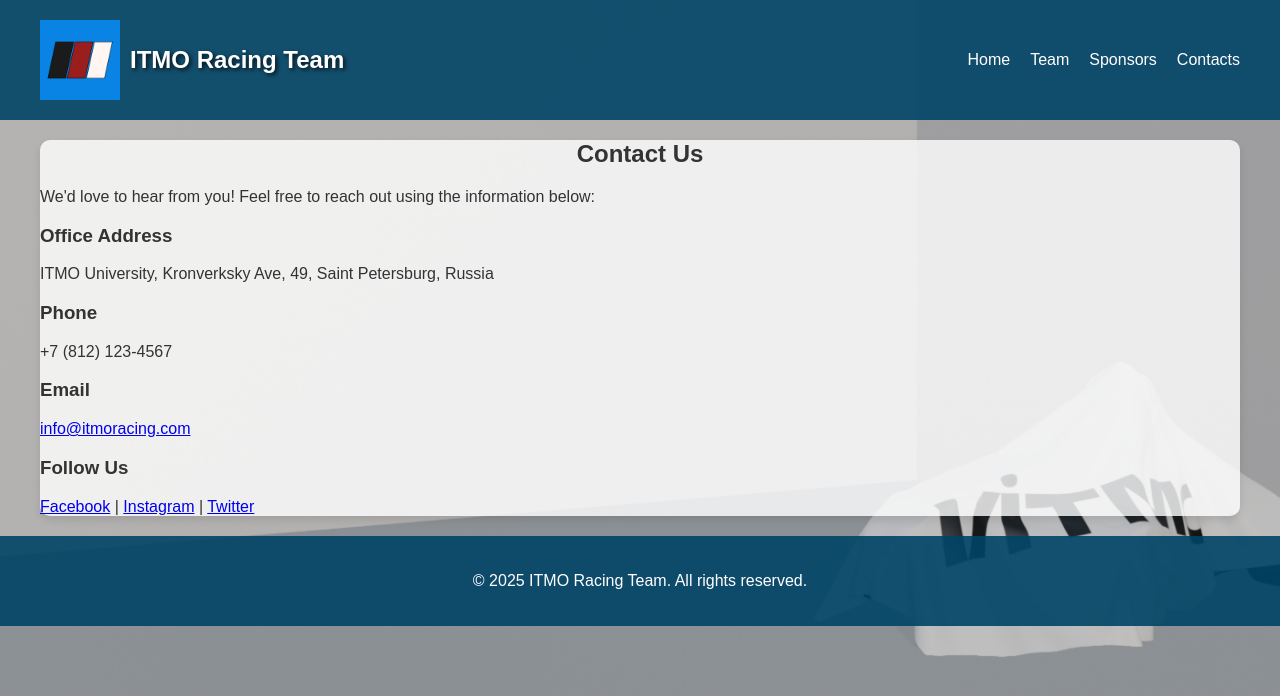
Repository: fs-itmo/fs-itmo.github.io
Page: contacts.html
These files come from the project's save history. The page is drawn as it stood at one moment and after the next save; the edit follows.
The browser window is 1280 px wide. The pictures show the whole page.

Above is the page before, as saved 2024-12-30 22:17:56.

### contacts.html
<!DOCTYPE html>
<html lang="en">
<head>
    <meta charset="UTF-8">
    <meta name="viewport" content="width=device-width, initial-scale=1.0">
    <title>Contacts - Autonomous Systems</title>
    <link rel="stylesheet" href="css/style.css">
</head>
<body>
    <header>
        <div class="container">
            <div class="logo-caption-container">
                <img src="assets/images/logo.png" alt="Logo" class="logo">
                <div class="top-caption">
                    ITMO Racing Team
                </div>
            </div>
            <nav>
                <ul>
                    <li><a href="index.html">Home</a></li>
                    <li><a href="team.html">Team</a></li>
                    <li><a href="sponsors.html">Sponsors</a></li>
                    <li><a href="contacts.html" class="active">Contacts</a></li>
                </ul>
            </nav>
        </div>
    </header>

    <section class="contacts-section">
        <h1>Contact Us</h1>
        <p>We'd love to hear from you! Feel free to reach out using the information below:</p>

        <div class="contact-container">
            <!-- Address -->
            <div class="contact-item">
                <h3>Office Address</h3>
                <p>ITMO University, Kronverksky Ave, 49, Saint Petersburg, Russia</p>
            </div>

            <!-- Phone -->
            <div class="contact-item">
                <h3>Phone</h3>
                <p>+7 (812) 123-4567</p>
            </div>

            <!-- Email -->
            <div class="contact-item">
                <h3>Email</h3>
                <p><a href="mailto:info@itmoracing.com">info@itmoracing.com</a></p>
            </div>

            <!-- Social Media -->
            <div class="contact-item">
                <h3>Follow Us</h3>
                <p>
                    <a href="https://facebook.com/itmoracing" target="_blank">Facebook</a> |
                    <a href="https://instagram.com/itmoracing" target="_blank">Instagram</a> |
                    <a href="https://twitter.com/itmoracing" target="_blank">Twitter</a>
                </p>
            </div>
        </div>
    </section>

    <footer>
        <p>&copy; 2025 ITMO Racing Team. All rights reserved.</p>
    </footer>
</body>
</html>

### css/style.css
html, body {
    height: 100%;
    margin: 0;
    padding: 0;
    overflow-x: hidden; /* Убираем горизонтальный скролл */
}

body {
    font-family: Arial, sans-serif;
    margin: 0;
    padding: 0;
    color: #333;
    background: url('assets/images/title.png') no-repeat center center fixed;
    background-size: cover; /* Обеспечиваем полное заполнение экрана */
    background-color: #fff;
}

header {
    background-color: rgba(0, 68, 102, 0.9);
    padding: 20px 0;
}

header .container {
    display: flex;
    justify-content: space-between;
    align-items: center;
    max-width: 1200px;
    margin: 0 auto;
    padding: 0 20px;
}

h1, h2 {
    text-align: center;
}

header nav ul {
    list-style: none;
    display: flex;
    margin: 0;
    padding: 0;
}

header nav ul li {
    margin-left: 20px;
}

header nav ul li a {
    text-decoration: none;
    color: white;
    font-size: 16px;
}

section {
    padding: 0;
    max-width: 1200px;
    margin: 0 auto;
    background: rgba(255, 255, 255, 0.8);
    border-radius: 10px;
    box-shadow: 0 4px 8px rgba(0, 0, 0, 0.1);
}

section#home {
    background: none; /* Убираем дублирующий фон */
    color: white;
    text-align: center;
    padding: 0;
    min-height: 100vh;
    width: 100vw;
}

header .logo {
    max-height: 80px;
}

.logo-caption-container {
    display: flex;
    align-items: center;
    gap: 10px;
}

header .top-caption {
    font-size: 24px;
    font-weight: bold;
    color: #ffffff;
    text-shadow: 2px 2px 4px rgba(0, 0, 0, 0.8);
}

footer {
    background-color: rgba(0, 68, 102, 0.9);
    color: white;
    text-align: center;
    padding: 20px 0;
    margin-top: 20px;
}

.team-section {
    display: flex;
    flex-direction: column;
    gap: 40px;
}

.team-department {
    margin-bottom: 40px;
}

.team-department h2 {
    color: #2c3e50;
    margin-bottom: 10px;
}

/* Team members layout */
.team-member {
    display: inline-block;
    width: 20%;
    text-align: center;
    margin: 10px;
}

.team-member img {
    width: 100px;
    height: 100px;
    border-radius: 50%;
    object-fit: cover;
}

After the next save:
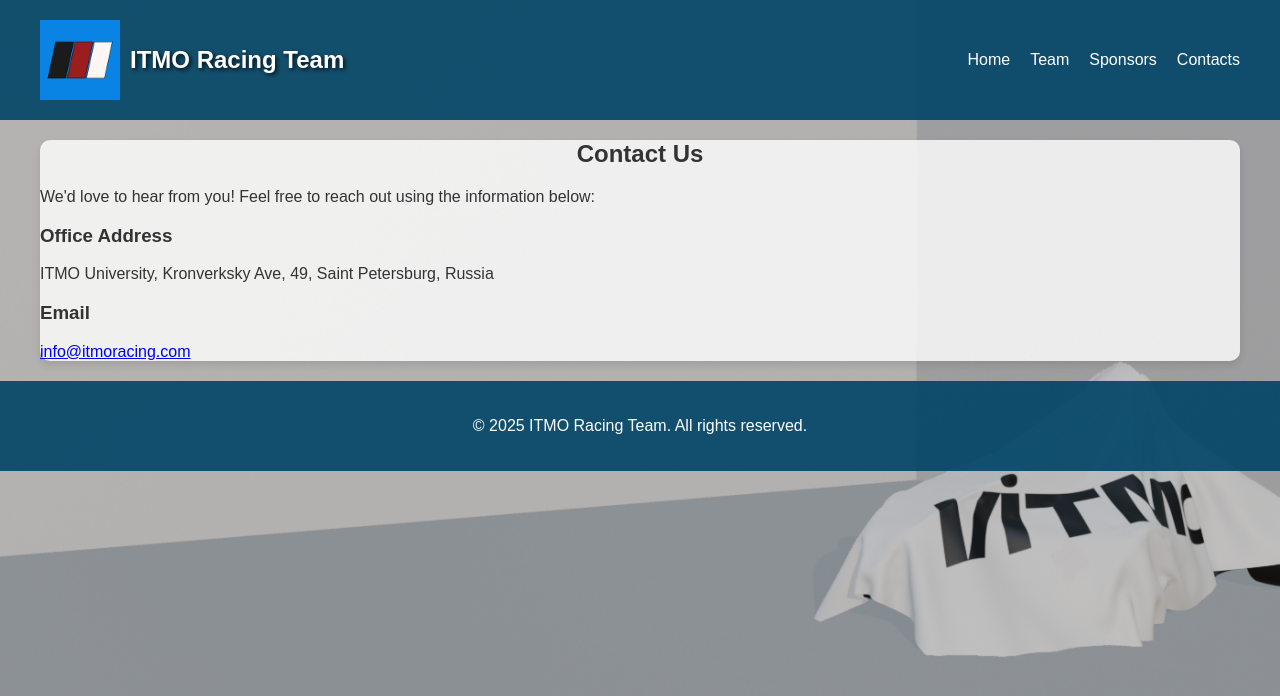
Saved 40 s later.
--- a/contacts.html
+++ b/contacts.html
@@ -38,10 +38,10 @@
             </div>
 
             <!-- Phone -->
-            <div class="contact-item">
+            <!-- <div class="contact-item">
                 <h3>Phone</h3>
                 <p>+7 (812) 123-4567</p>
-            </div>
+            </div> -->
 
             <!-- Email -->
             <div class="contact-item">
@@ -50,14 +50,14 @@
             </div>
 
             <!-- Social Media -->
-            <div class="contact-item">
+            <!-- <div class="contact-item">
                 <h3>Follow Us</h3>
                 <p>
                     <a href="https://facebook.com/itmoracing" target="_blank">Facebook</a> |
                     <a href="https://instagram.com/itmoracing" target="_blank">Instagram</a> |
                     <a href="https://twitter.com/itmoracing" target="_blank">Twitter</a>
                 </p>
-            </div>
+            </div> -->
         </div>
     </section>
 
